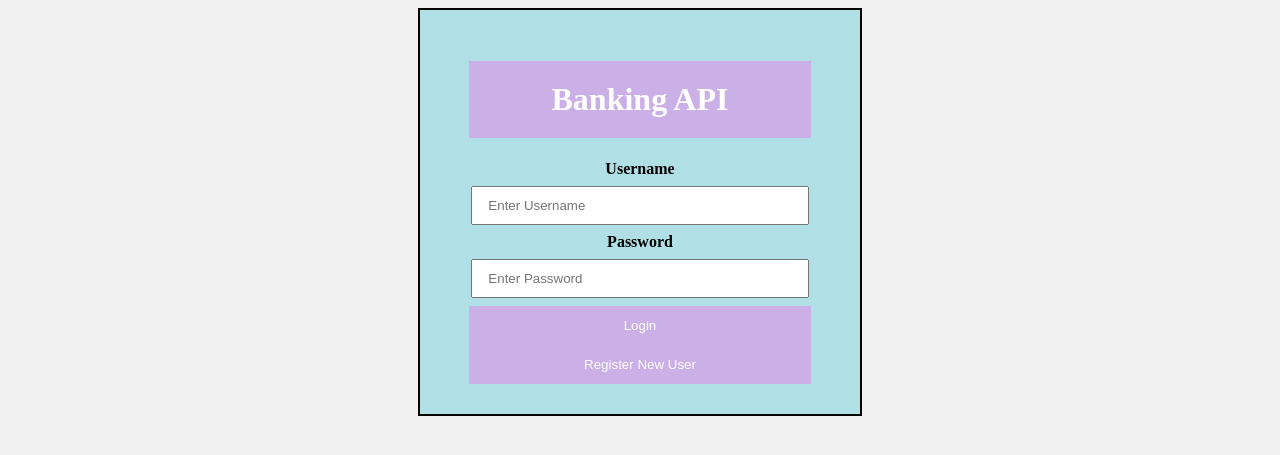
Repository: kennyufish/Revature_ROCP1_Project_Banking_API
Page: banking_api/src/main/webapp/index.html
These files come from the project's save history. The page is drawn as it stood at one moment and after the next save; the edit follows.
The browser window is 1280 px wide. The pictures show the whole page.

Above is the page before, as saved 2020-10-10 04:49:58.

### banking_api/src/main/webapp/index.html
<!DOCTYPE html>
<html>
<head>
<meta charset="ISO-8859-1">
<title>Banking API Login</title>
<style>
.topNoticeGreen {
	color: black;
	background-color: green;
	width: 100%;
	padding: 20px;
	text-align: center;
}

.loginLayout {
	background-color: powderblue;
	border: 2px solid black;
	padding: 30px;
	width: 30%;
	margin: 0 auto;
}
input[type=text],input[type=password]{
	width:80%;
	padding:10px 15px;
	margin:8px 0;
	display:inline-block;
	boxing-sizing:border-box;
}

button{
	background-color:#CBAFE7;
	color:white;
	padding: 12px 10px;
	marigin:10px;
	border:none;
	cursor:pointer;
	width:90%;
}

.loginHeader{
	background-color:#CBAFE7;
	color:white;
	padding: 20px 0;
	border:none;
	width:90%;
}
</style>
</head>
<body style="background-color: #f1f1f1">
	<div align="center" class="loginLayout">
		<h1 class="loginHeader">Banking API</h1>
		<form action="loginUser" method='post'>
			<label for="username"><b>Username</b></label>
			<input type="text" name="username" placeholder="Enter Username" required>
			<label for="password"><b>Password</b></label>
			<input type="password" name="password" placeholder="Enter Password" required>
		 <button type="submit">Login</button>
		</form>

		<form action="registerNewUser">
			<button>Register New User</button>
		</form>
	</div>
</body>
</html>

After the next save:
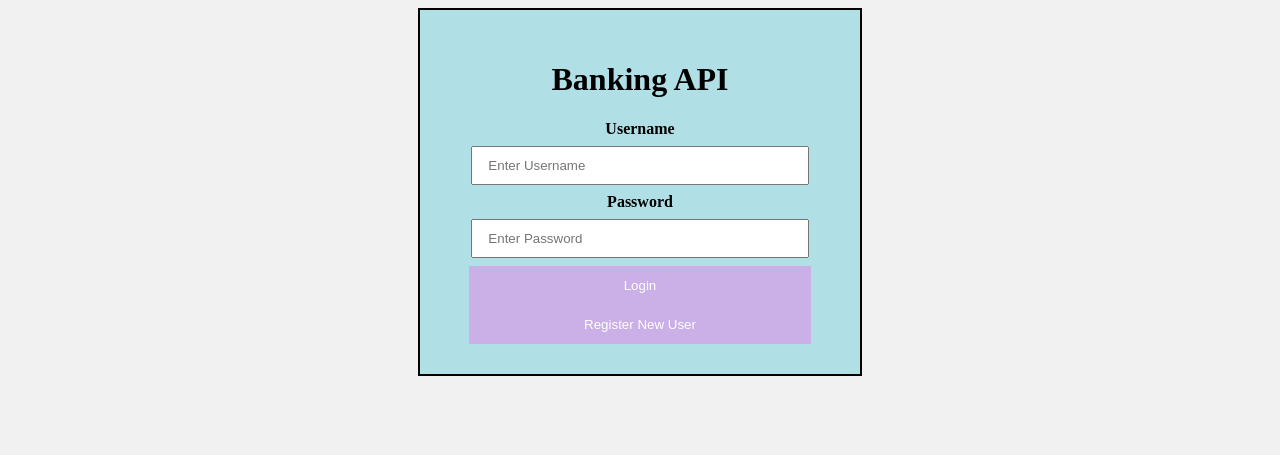
Saved 25 s later.
--- a/banking_api/src/main/webapp/index.html
+++ b/banking_api/src/main/webapp/index.html
@@ -37,18 +37,12 @@ button{
 	width:90%;
 }
 
-.loginHeader{
-	background-color:#CBAFE7;
-	color:white;
-	padding: 20px 0;
-	border:none;
-	width:90%;
-}
+
 </style>
 </head>
 <body style="background-color: #f1f1f1">
 	<div align="center" class="loginLayout">
-		<h1 class="loginHeader">Banking API</h1>
+		<h1>Banking API</h1>
 		<form action="loginUser" method='post'>
 			<label for="username"><b>Username</b></label>
 			<input type="text" name="username" placeholder="Enter Username" required>
